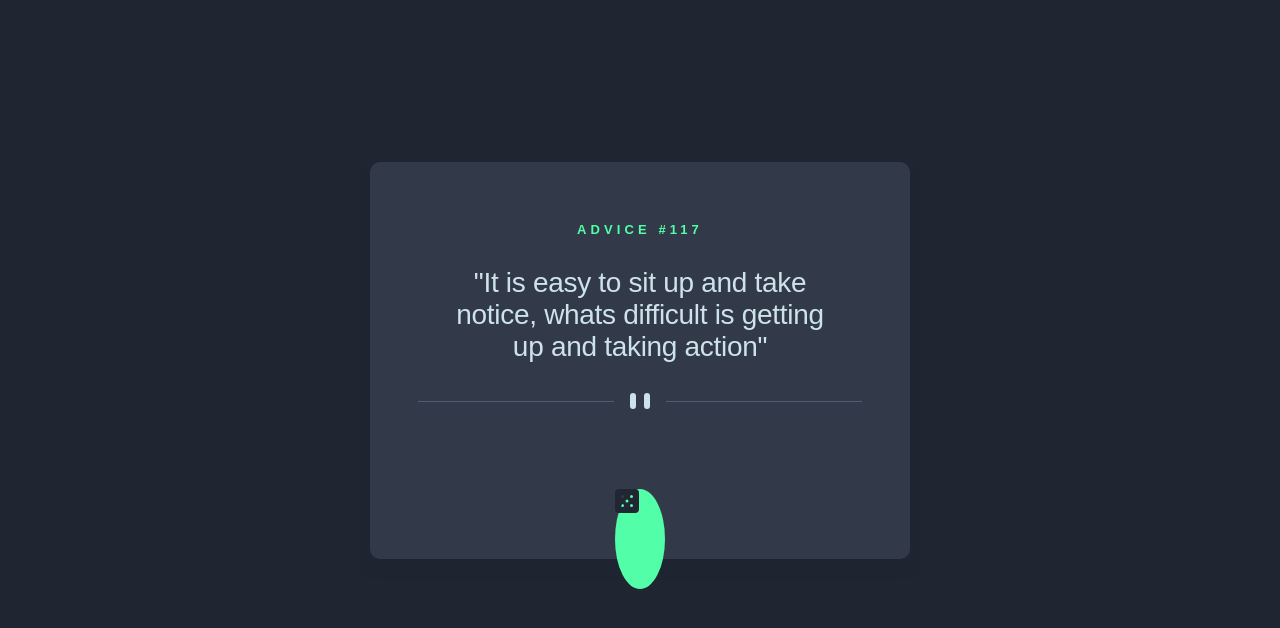
Repository: Arkitecth/advice-generator
Page: index.html
An editor plug-in stored every save of this project. The page is shown before and after the next save, followed by the edit.
The browser window is 1280 px wide. The pictures show the whole page.

Above is the page before, as saved 2023-07-12 18:06:20.

After the next save:
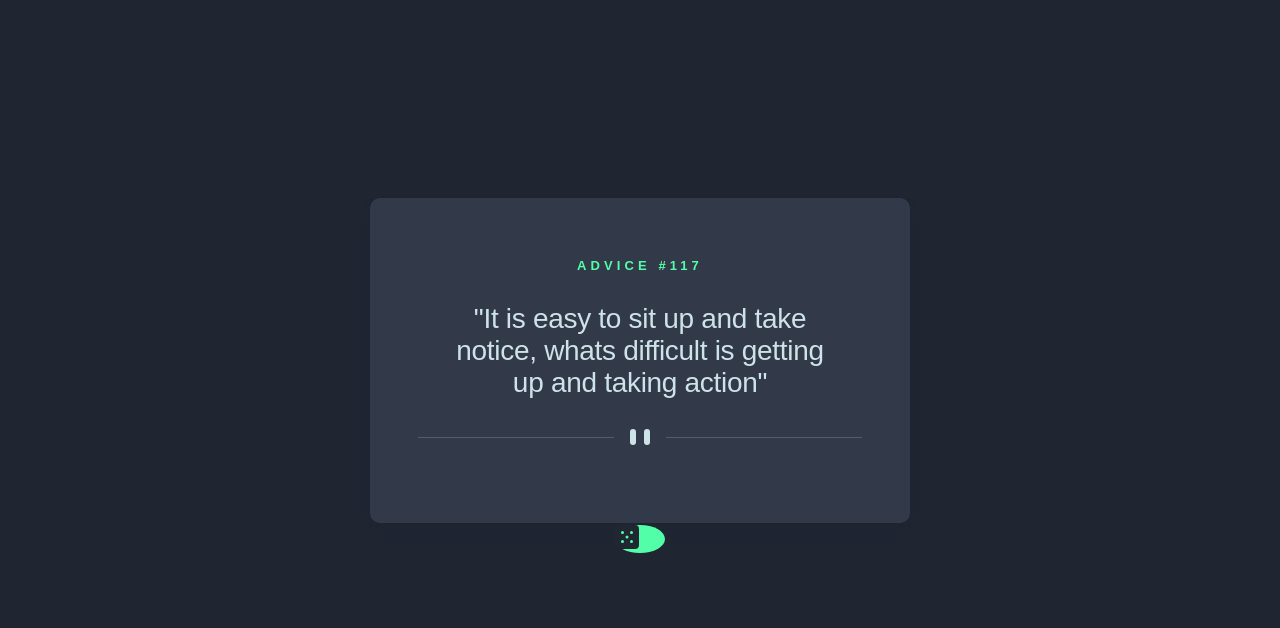
Saved 9 s later.
--- a/style.css
+++ b/style.css
@@ -63,5 +63,4 @@
     background-color: var(--neon-green);
     border-radius: 50%;
     width: 50px;
-    height: 100px;
 }
